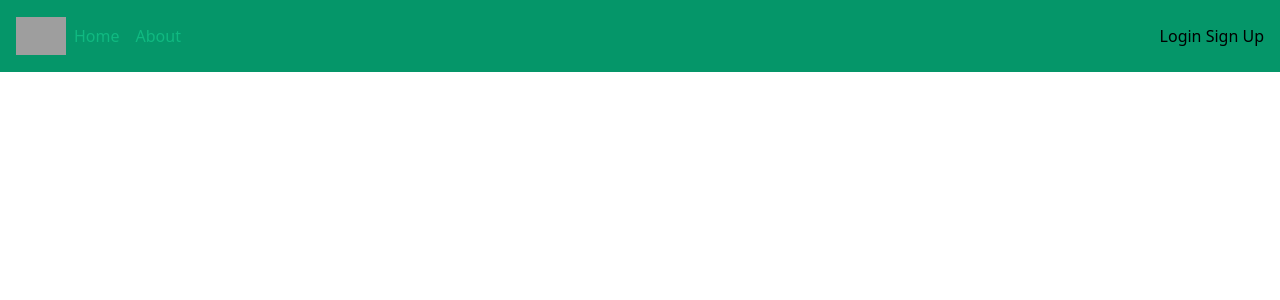
Repository: DaNiels89/tailwind-stawberries
Page: index.html
The author's editor kept a copy of each file at every save. The page is drawn from the files as they stood at one save, then again after a run of saves.
The browser window is 1280 px wide. The pictures show the whole page.
Pictures or frames that could not be fetched are drawn as grey boxes.

Above is the page before, as saved 2020-08-24 13:22:09.

After the next 2 saves:
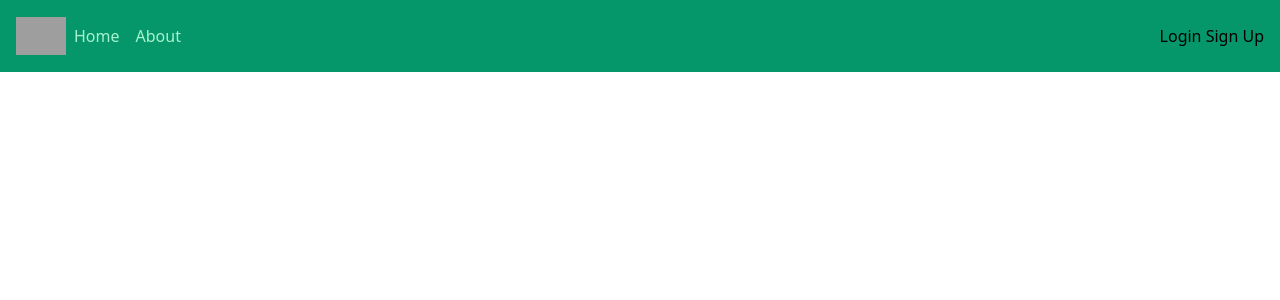
The 2 saves are shown as one change because they came seconds apart.
The last was saved 7 s later.
--- a/index.html
+++ b/index.html
@@ -19,8 +19,8 @@
             class="Logo"
             width="50"
           />
-          <a href="#" class="inline-block p-2 text-green-500">Home</a>
-          <a href="#" class="inline-block p-2 text-green-500">About</a>
+          <a href="#" class="inline-block p-2 text-green-200">Home</a>
+          <a href="#" class="inline-block p-2 text-green-200">About</a>
         </div>
         <div class="">
           <a href="#" class="">Login</a>
